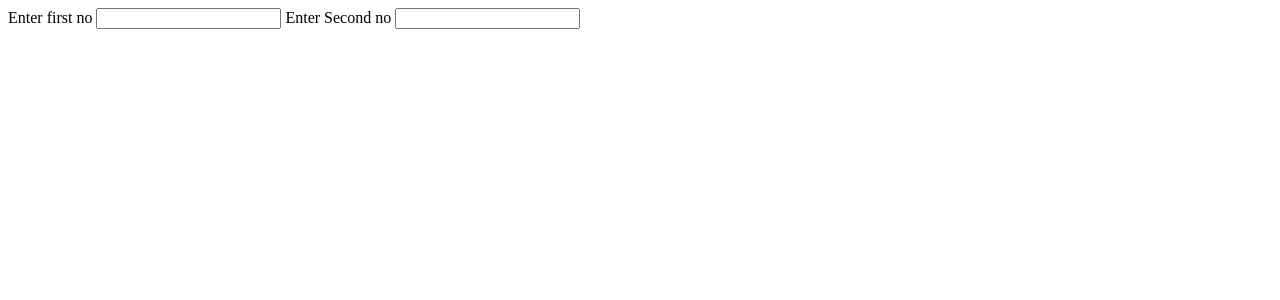
Repository: malhotratanmay98/jsp-servlet
Page: app1/WebContent/cal.html
The author's editor kept a copy of each file at every save. The page is drawn from the files as they stood at one save, then again after the next save.
The browser window is 1280 px wide. The pictures show the whole page.

Above is the page before, as saved 2022-02-03 19:30:27.

After the next save:
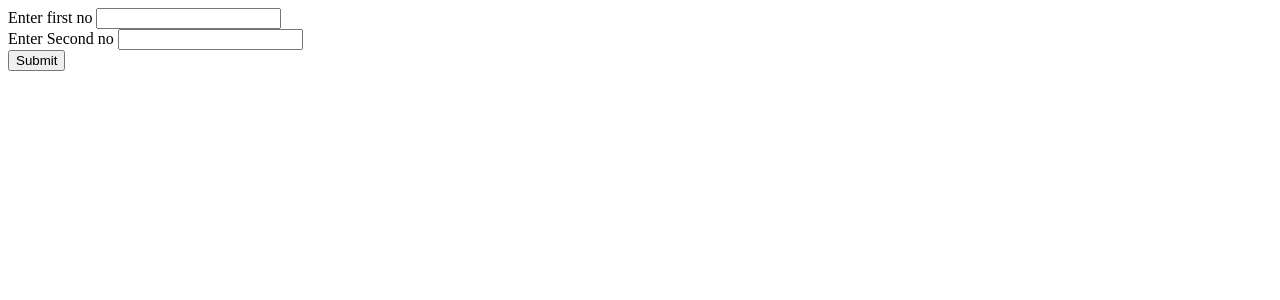
Saved 2 min 35 s later.
--- a/app1/WebContent/cal.html
+++ b/app1/WebContent/cal.html
@@ -7,8 +7,9 @@
 <body>
 <form action="cal" method="get">
 
-Enter first no <input type="text" name="x">
-Enter Second no <input type="text" name="y">
+Enter first no <input type="text" name="x"><br>
+Enter Second no <input type="text" name="y"><br>
+<input type="submit"/>
 </form>
 </body>
 </html>
